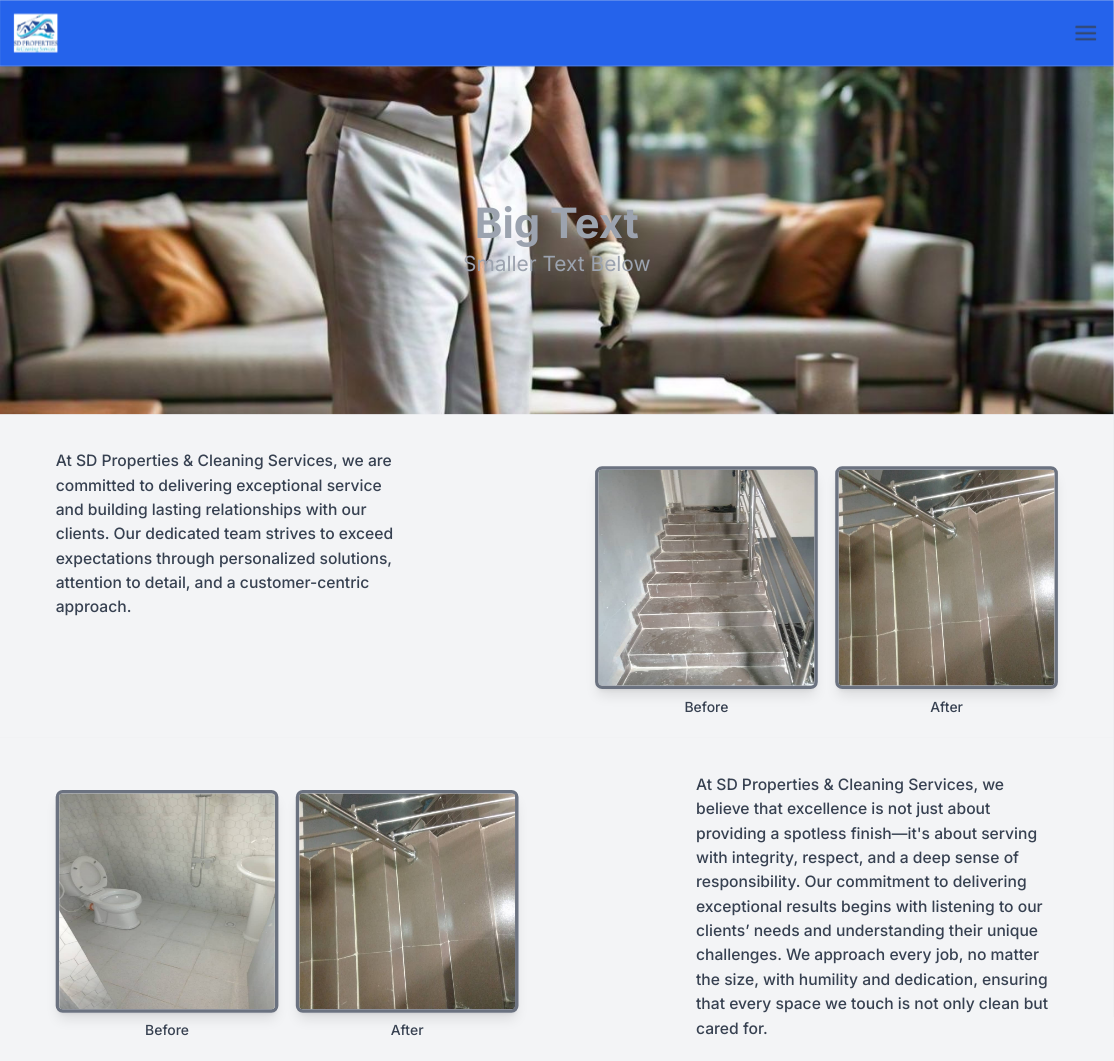
Repository: devmskhan/sdpropandclean
Page: /
These files come from the project's save history. The page is drawn as it stood at one moment and after a run of saves; the edit follows.
The browser window is 1280 px wide. The pictures show the whole page, at 87% of full size.
The project was rebuilt for these pictures with package versions that can differ from the ones it lists, and the page was loaded fresh each time. The framework's server and built-in components were replaced by stand-ins that run in the browser. Also part of the build but not shown: next.config.mjs.

Above is the page before, as saved 2024-09-03 13:23:15.

After the next 4 saves:
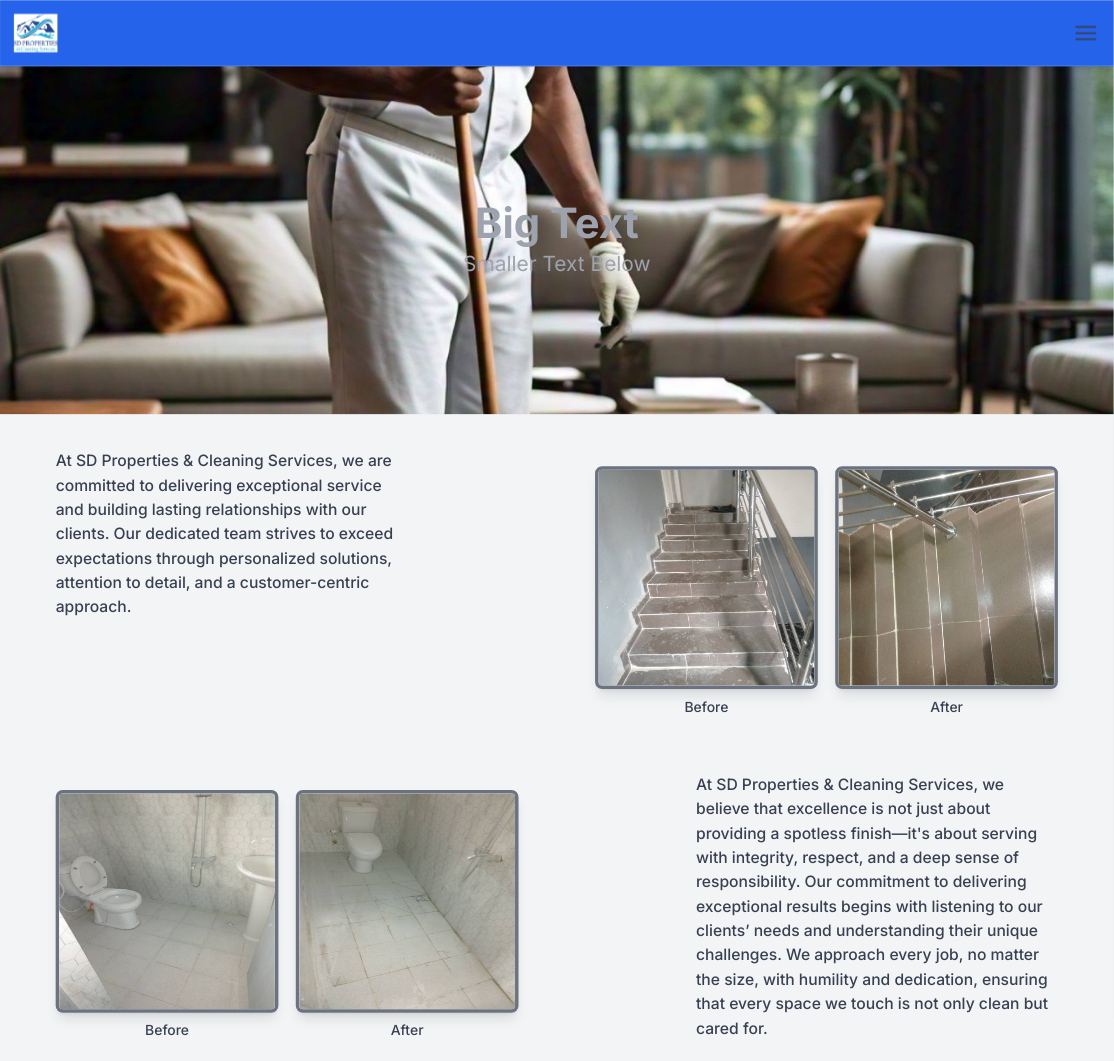
The 4 saves are shown as one change because they came seconds apart.
The last was saved 12 s later.
--- a/components/Body.tsx
+++ b/components/Body.tsx
@@ -49,7 +49,7 @@ function Body() {
   <span className="mt-2 text-gray-700 font-medium">Before</span>
 </div>
 <div className="flex flex-col items-center">
-  <img src="stairsaft.jpg" alt="Bottom Image" className="mt-5 w-64 h-64 rounded-lg shadow-lg border-gray-500 border-solid border-4" />
+  <img src="tltaft.jpg" alt="Bottom Image" className="mt-5 w-64 h-64 rounded-lg shadow-lg border-gray-500 border-solid border-4" />
   <span className="mt-2 text-gray-700 font-medium">After</span>
 </div>
 </div>
